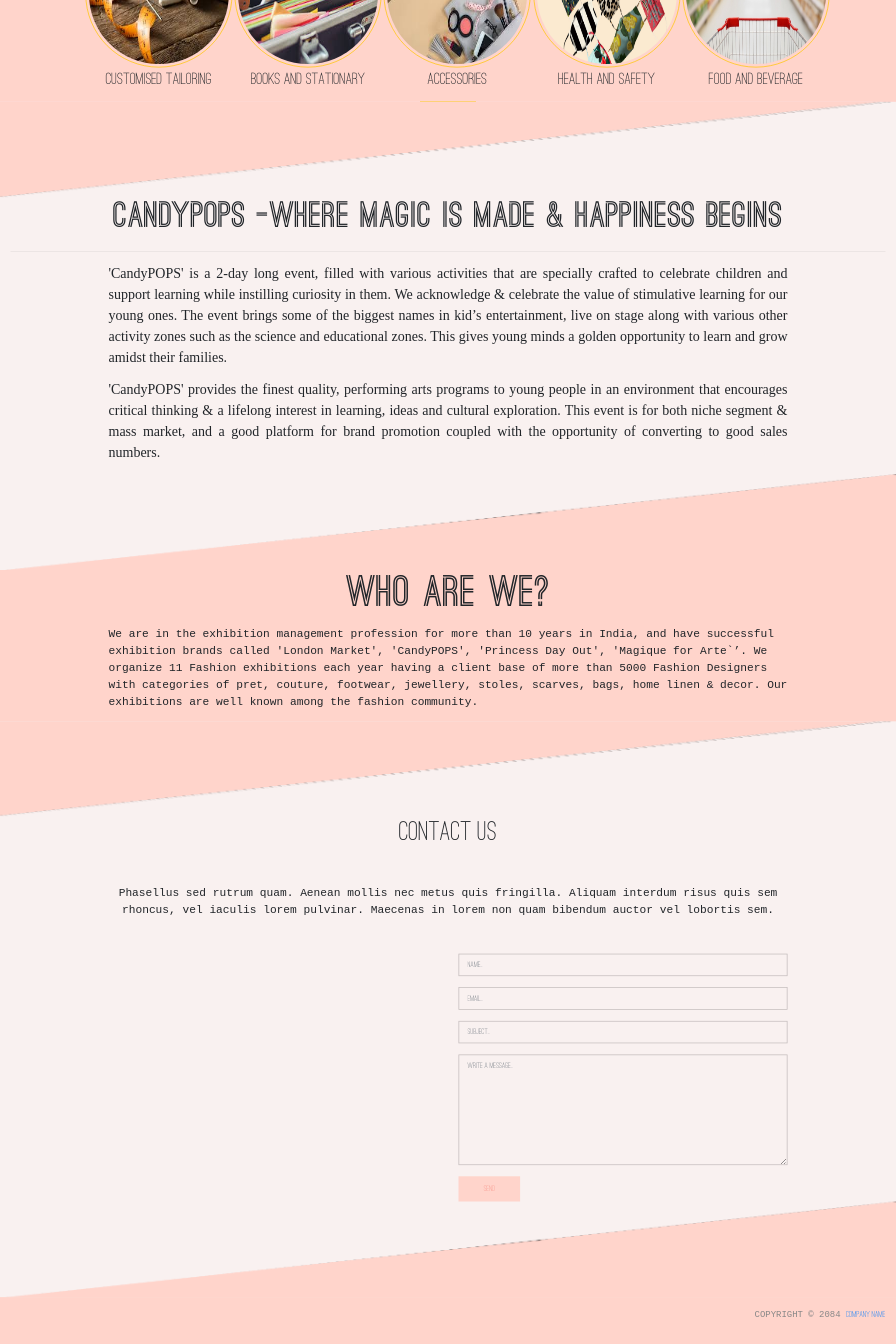
Repository: Demonster1999/newshoperrepo
Page: index.html
An editor plug-in stored every save of this project. The page is shown before and after the next save, followed by the edit.
The browser window is 1280 px wide. The pictures show the part of the page from y = 2488 to 4408 px (the page is 4408 px tall before and 3585 px after), at 70% of full size.
Some web libraries are served in a nearby version.

Above is the page before, as saved 2020-07-21 15:54:31.
Console error: TypeError: Cannot read properties of null (reading 'getContext')

After the next save:
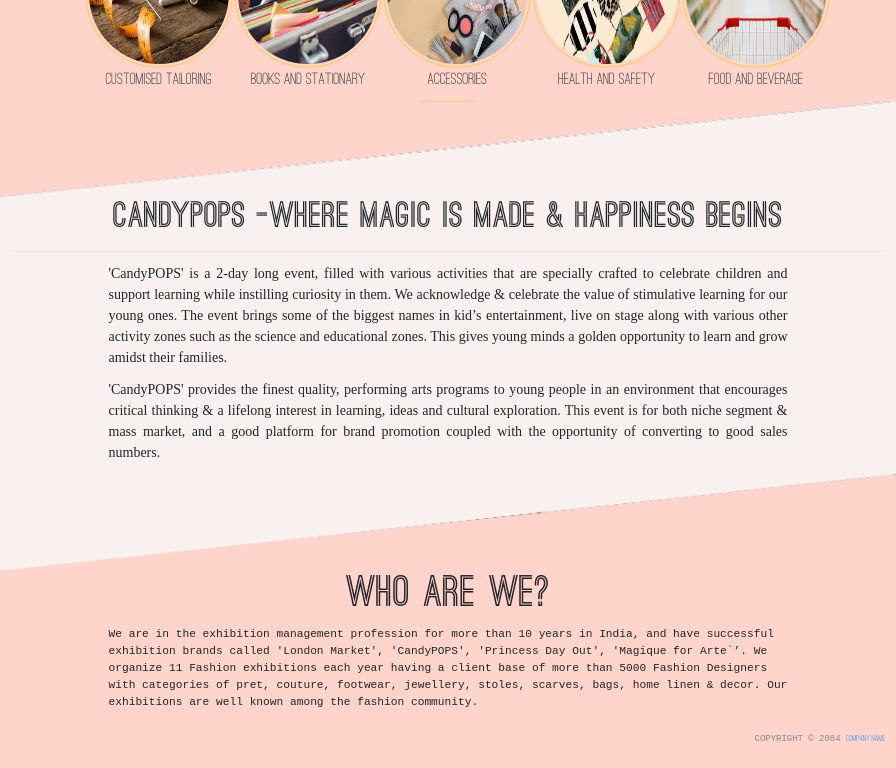
Saved 2 min 17 s later.
--- a/index.html
+++ b/index.html
@@ -333,36 +333,6 @@
 
 </section> <!-- portfolio -->
 
-<section class="tm-section tm-orange-bg" id="contact" >
-			<img src="images/tm-border-black-top.png" alt="Border" class="tm-border">
-			<div class="container">
-				<h1 class="text-uppercase text-center">Contact Us</h1>
-				<p class="text-center margin-top-50">Phasellus sed rutrum quam. Aenean mollis nec metus quis fringilla. Aliquam interdum risus quis sem rhoncus, vel iaculis lorem pulvinar. Maecenas in lorem non quam bibendum auctor vel lobortis sem.</p>
-				<div class="row margin-top-50">
-					<div class="col-lg-6 col-md-6 col-sm-6 col-xs-12">
-						<div id="map-canvas"></div>
-					</div>
-					<div class="col-lg-6 col-md-6 col-sm-6 col-xs-12">
-						<form action="#" method="post" class="tm-contact-form">
-							<div class="form-group">
-								<input type="text" id="contact_name" class="form-control" placeholder="NAME..." />
-							</div>
-							<div class="form-group">
-								<input type="text" id="contact_email" class="form-control" placeholder="EMAIL..." />
-							</div>
-							<div class="form-group">
-								<input type="text" id="contact_subject" class="form-control" placeholder="SUBJECT..." />
-							</div>
-							<div class="form-group">
-								<textarea id="contact_message" class="form-control" rows="8" placeholder="WRITE A MESSAGE..."></textarea>
-							</div>
-							<button type="submit" class="btn text-uppercase tm-dark-bg tm-orange-text tm-send-btn">Send</button>
-						</form>
-					</div>
-				</div>
-			</div>
-			<img src="images/tm-border-black-bottom.png" alt="Border" class="tm-border">
-		</section> <!-- contact -->
 
 
 	<footer class="text-right tm-dark-bg">
